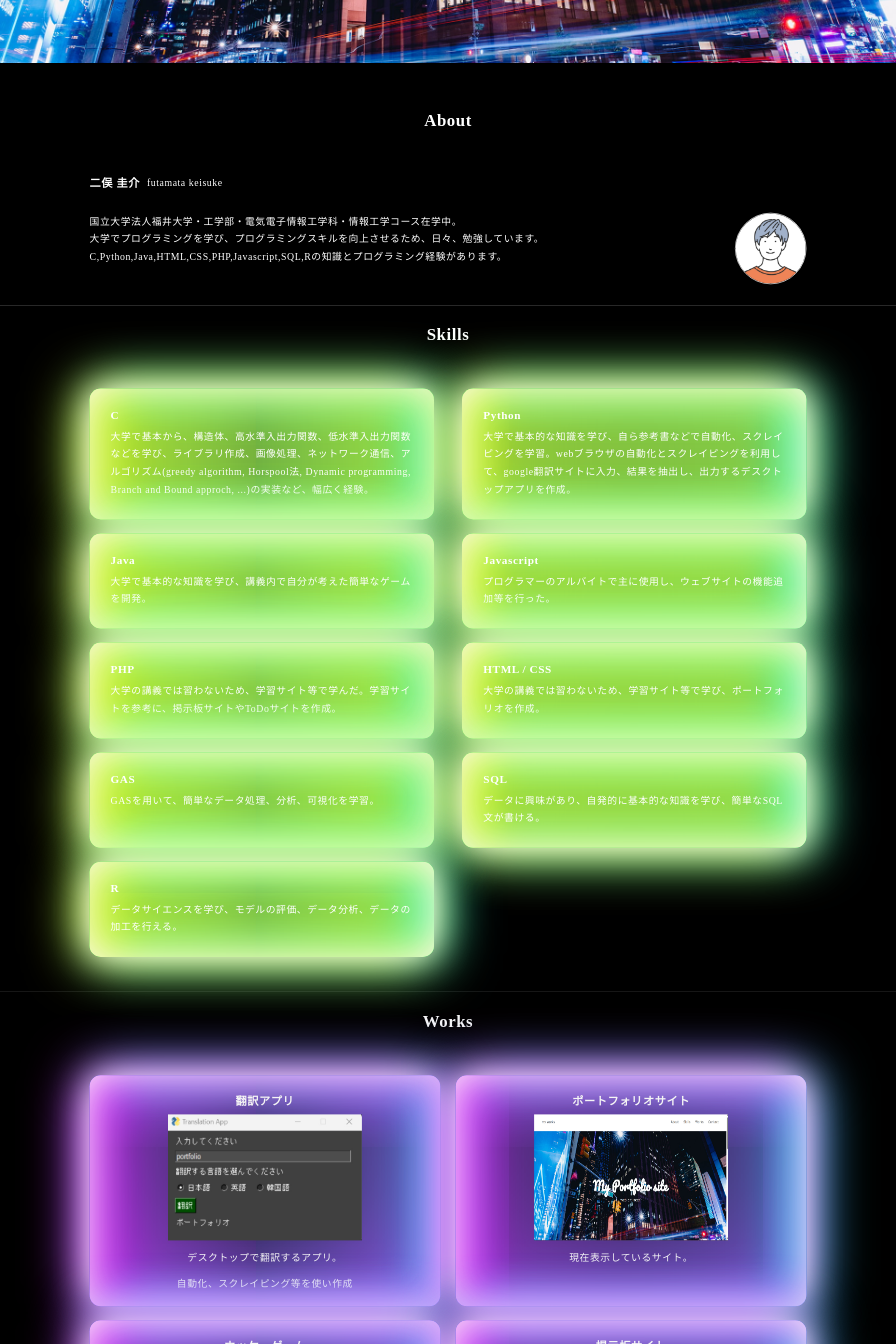
Repository: F-ksk/portfolio
Page: index.html
These files come from the project's save history. The page is drawn as it stood at one moment and after the next save; the edit follows.
The browser window is 1280 px wide. The pictures show the part of the page from y = 540 to 2460 px (the page is 3705 px tall), at 70% of full size.

Above is the page before, as saved 2023-11-13 00:48:31.

After the next save:
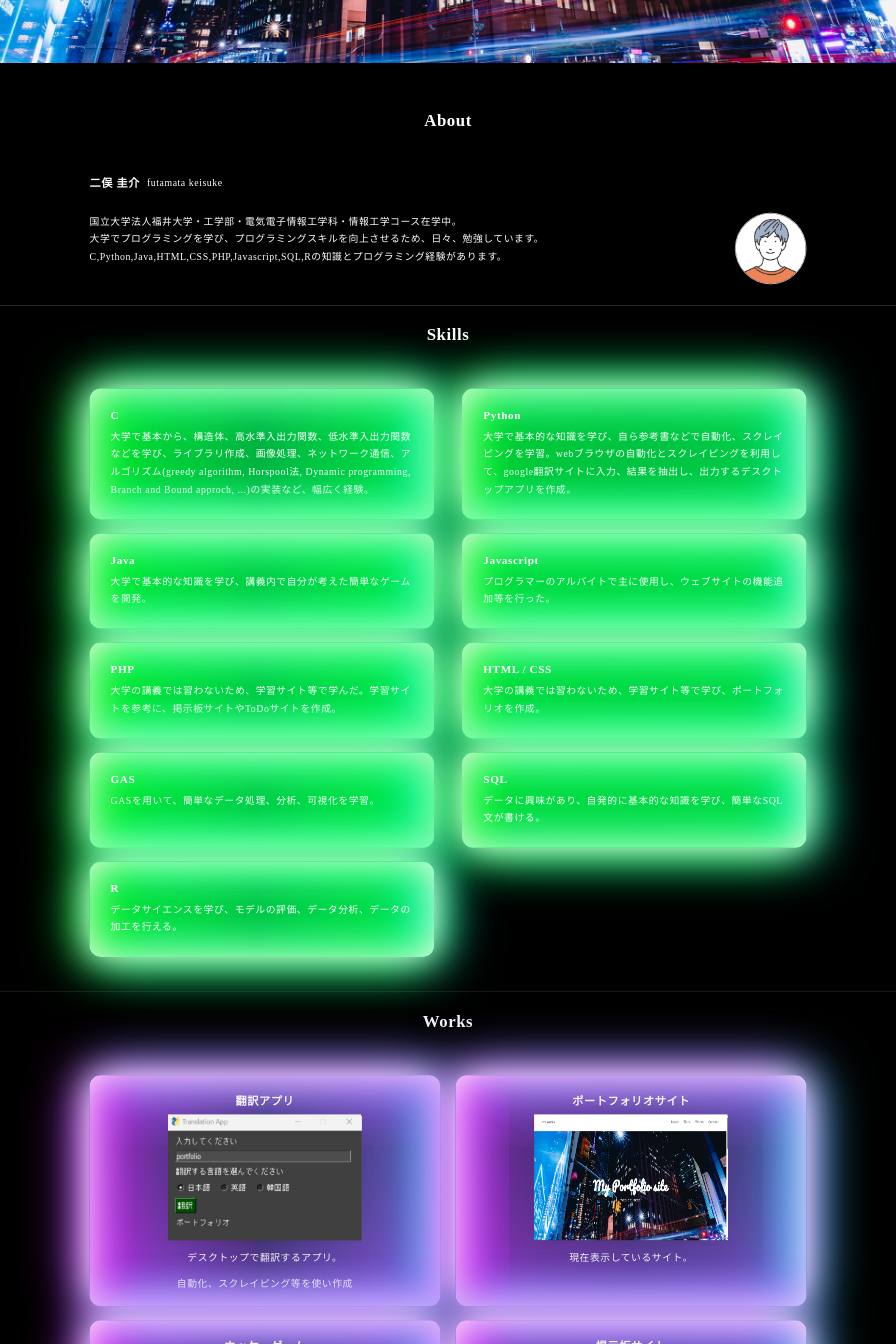
Saved 35 s later.
--- a/css/style.css
+++ b/css/style.css
@@ -147,12 +147,12 @@ section {
     box-sizing: border-box;
     box-shadow:
     inset 0 0 60px whitesmoke,
-    inset 20px 0 80px #ff0,
+    inset 20px 0 80px #0f0,
     inset -20px 0 80px #0ff,
-    inset 20px 0 300px #ff0,
+    inset 20px 0 300px #0f0,
     inset -20px 0 300px #0ff,
     0 0 50px #fff,
-    -10px 0 80px #ff0,
+    -10px 0 80px #0f0,
     10px 0 80px #0ff;
 }
 
